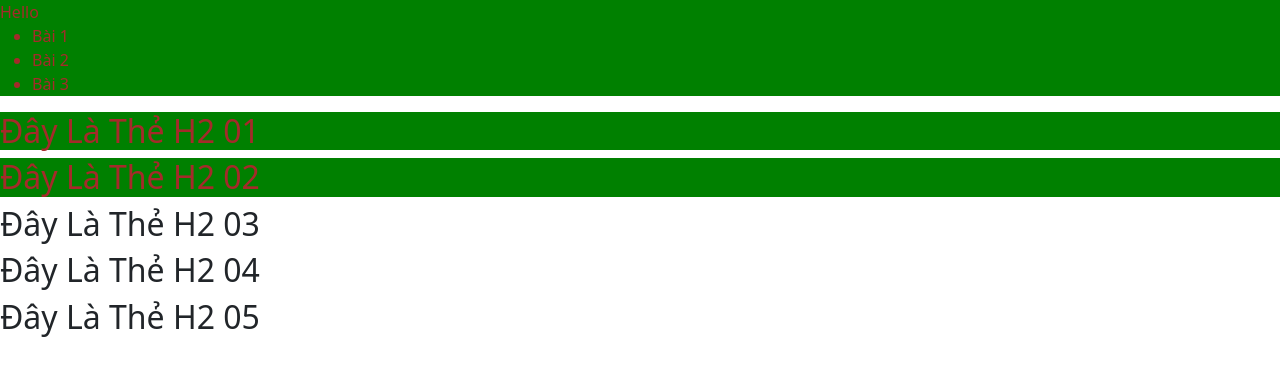
Repository: HuynhDuc23/learn__javascript__basic
Page: lab19/dom.html
An editor plug-in stored every save of this project. The page is shown before and after the next save, followed by the edit.
The browser window is 1280 px wide. The pictures show the whole page.

Above is the page before, as saved 2024-01-10 09:55:38.

### lab19/dom.html
<html lang="en">
<head>
    <meta charset="UTF-8">
    <meta name="viewport" content="width=device-width, initial-scale=1.0">
    <title>Document Object Model (DOM)</title>
    <link href="https://cdn.jsdelivr.net/npm/bootstrap@5.3.2/dist/css/bootstrap.min.css" rel="stylesheet" integrity="sha384-T3c6CoIi6uLrA9TneNEoa7RxnatzjcDSCmG1MXxSR1GAsXEV/Dwwykc2MPK8M2HN" crossorigin="anonymous">
</head>
<body>
    <style>
        .light {
            background: red;
        }
        .dark {
            background: green;
            color: brown;
        }
    </style>
   <div class="light" id="box"> Hello</div>
     <ul id="_ul">
        <li>Bài 1 </li>
        <li>Bài 2 </li>
        <li>Bài 3 </li>
     </ul>
     <h2>Đây Là Thẻ H2 01</h2>
     <h2>Đây Là Thẻ H2 02</h2>
     <h2>Đây Là Thẻ H2 03</h2>
     <h2>Đây Là Thẻ H2 04</h2>
     <h2>Đây Là Thẻ H2 05</h2>
    <script>
       var box = document.getElementById("box");
       console.log(box)
       box.classList.add("dark");

       const _ul =  document.getElementById("_ul");
       _ul.classList.add("dark");
       console.log(_ul);

       const listH2 =  document.getElementsByTagName("h2");
       console.log(listH2);
       listH2[0].classList.add("dark");
       listH2[1].classList.add("dark");

    </script>
       <script src="https://cdn.jsdelivr.net/npm/bootstrap@5.3.2/dist/js/bootstrap.bundle.min.js" integrity="sha384-C6RzsynM9kWDrMNeT87bh95OGNyZPhcTNXj1NW7RuBCsyN/o0jlpcV8Qyq46cDfL" crossorigin="anonymous"></script>
</body>
</html>

After the next save:
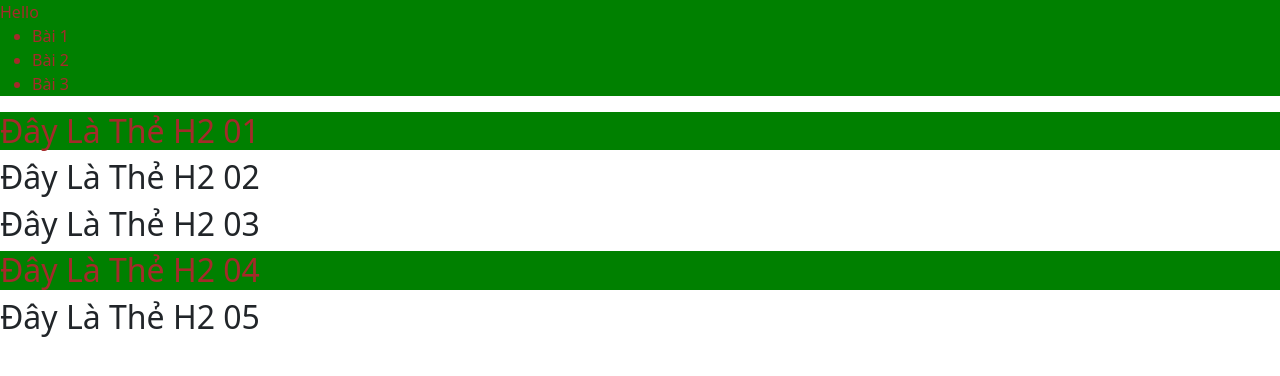
Saved 4 s later.
--- a/lab19/dom.html
+++ b/lab19/dom.html
@@ -38,7 +38,7 @@
        const listH2 =  document.getElementsByTagName("h2");
        console.log(listH2);
        listH2[0].classList.add("dark");
-       listH2[1].classList.add("dark");
+       listH2[3].classList.add("dark");
 
     </script>
        <script src="https://cdn.jsdelivr.net/npm/bootstrap@5.3.2/dist/js/bootstrap.bundle.min.js" integrity="sha384-C6RzsynM9kWDrMNeT87bh95OGNyZPhcTNXj1NW7RuBCsyN/o0jlpcV8Qyq46cDfL" crossorigin="anonymous"></script>
